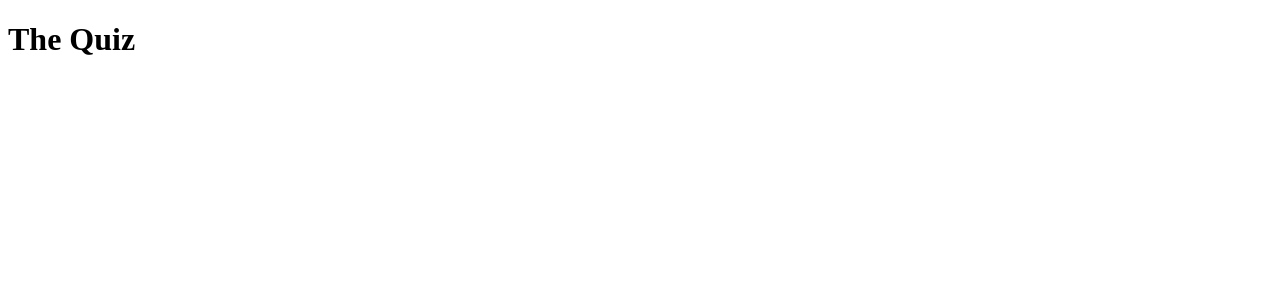
Repository: LindaOtt/1dv403-lo222hd-laborationer
Page: 4-thequiz/index.html
The author's editor kept a record of every edit. The page is drawn from the files as they stood at one moment, then again after the next edit.
The browser window is 1280 px wide. The pictures show the whole page.
The page's requests for data from a server got no answer.

Above is the page before.
Console error: TypeError: Cannot read properties of null (reading 'appendChild')

### 4-thequiz/index.html
<!DOCTYPE html>
<html lang="sv">
    <head>
        <meta charset="utf-8">
        <title>L04 The Quiz - Linda Ott Olander WP14</title>
        <script type="text/javascript" src="script/thequiz.js"></script>
        <link rel="stylesheet" type="text/css" href="css/style.css">
    </head>
    <body>
        <h1>The Quiz</h1>
            <div id="question"></div><br>
            <div id="questionForm"></div>
            <!--
            <form id="form" onsubmit="return false;">
                <label id="labelanswer" for="answer">Fråga:</label>
                <input id="answer" name="answer" type="text">

                <input id="submitButton" type="submit" value="Skicka svar">
            </form>
            -->
    </body>
</html>

### 4-thequiz/script/thequiz.js
"use strict";

/*
Applikationen ska vara en SPA - Single Page Application

Användaren ska svara på ett antal frågor. Svarar anv rätt
tas hon vidare till nästa fråga.
Svarar anv fel får hon reda på det och möjlighet att svara igen.

Frågorna som ska besvaras finns på en extern server och nås via
ett REST-api. Adress: http://vhost3.lnu.se:20080
Sökväg till första frågan: /question/1

Applikationen ska hålla reda på hur många felaktiga svar
man givit för varje fråga.

När samtliga frågor besvarats ska resultatet presenteras där
det framgår hur många försök man behövde för att klara varje fråga.

Vilka http-metoder behöver du använda för att kontakta API:et?
Hur ska svaren på frågorna skickas tillbaka?
Finns det någon dokumentation tillgänglig för API:et?

Hur får jag tag i frågan som användaren ska svara på?
Hur skickar jag tillbaka svaret på frågan till API:et?
I vilket format ska frågan skickas tillbaka?



*/


var TheQuiz = {

    //Variabel som håller info hämtat från servern
    response: [],

    responseId: 0,

    question: "Empty",

    nextURL: "",

    init: function() {

        //Hämtar frågan
        var url = "http://vhost3.lnu.se:20080/question/1";
        TheQuiz.getInfo(url, TheQuiz.saveResponse);

         //Hämtar värdet från response
        console.log("Length: " + TheQuiz.response.length);
        TheQuiz.response.forEach(function(item){
            console.log("Id: " + item.id);
            console.log("Question: " + item.question);
        });


        TheQuiz.writeQuestion;


        console.log("Init: TheQuiz.response[0]: " + TheQuiz.response);

        var nextURL;


        //Skriver ut formuläret
        //if (TheQuiz.writeForm()) {
            TheQuiz.writeForm();
            var submitButton = document.getElementById("submitbutton");
            submitButton.addEventListener("click", function(){
                //Skicka iväg informationen till servern
                TheQuiz.sendResponse();
            });
        //}
        //else {
            //alert("Det gick inte att skriva ut formuläret.");
        //}



    },

    saveResponse: function(data) {

            TheQuiz.response.push(data);
            alert(TheQuiz.response.length);
    },

    writeQuestion: function() {
        alert("TheQuiz length: " + TheQuiz.response.length);
        TheQuiz.response.forEach(function(item){
            var questionGet = item.question;
            alert("questionGet: " + questionGet);
            var questionText = document.getElementById("question");
            questionText.innerHTML = questionGet;
        });
    },


    //Funktion som hämtar info
    //url är dit requestobjektet ska skickas,
    //infotyp är den typ av info som efterfrågas
    getInfo: function(url, callback) {


        var xhr = new XMLHttpRequest(); //skapat requestobjekt

        var response;

		xhr.onreadystatechange = function(){

			if(xhr.readyState === 4 && xhr.status === 200) { //Allt ok med anropet och vi fick tillbaka statuskod 200
				var responseObject = JSON.parse(xhr.responseText);
				callback(responseObject);

				//Sparar response i egenskap på objektet
                TheQuiz.saveResponse(responseObject);

			}

            //alert("Response object:" + response);

		};

    	xhr.open("GET", url, true);

    	xhr.send(null);

        xhr.delete;
    },



    writeForm: function() {
        var form = document.createElement("form");
        form.id="questionform";
        var labelAnswer = document.createElement("label");
        labelAnswer.id = "labelanswer";
        var inputAnswer = document.createElement("input");
        inputAnswer.id = "answer";
        inputAnswer.type = "text";
        inputAnswer.name = "answer";
        var submitButton = document.createElement("input");
        submitButton.type = "submit";
        submitButton.id = "submitbutton";
        submitButton.value = "Skicka svar";

        form.appendChild(labelAnswer);
        form.appendChild(inputAnswer);
        form.appendChild(submitButton);

        var formDiv =  document.querySelector("#questionform");
        formDiv.appendChild(form);

    },

    sendResponse: function() {


        //var nextURL =  "http://vhost3.lnu.se:20080/answer/1/";

        TheQuiz.response.forEach(function(item){
            var response = item.response;
            var nextURL = item.nextURL;
        });

        document.getElementById("submitbutton").addEventListener("click", function(){
            //Hämtar värdet från input-fältet i formuläret
            //var answer = document.getElementById("answer");


            var answer = {
                "answer": 2
            };



            //Omvandla användarens svar till JSON-format
            answer = JSON.stringify(answer);

            console.log("answer: " + answer);


            //Skicka användarens svar i JSON-format till servern
            var xhr2 = new XMLHttpRequest(); //skapat requestobjekt

    		xhr2.onreadystatechange = function(){

    			if(xhr2.readyState === 4 && xhr2.status === 200) { //Allt ok med anropet och vi fick tillbaka statuskod 200
    				console.log("xhr2.responseText: " + xhr2.responseText);
    			}
    			else {
    			    console.log("xhr2.readyState: " + xhr2.readyState);
    			}

    		};

    		console.log("nextURL 2: " + nextURL);

    		xhr2.open('POST', nextURL, true);

    		xhr2.setRequestHeader('Content-Type', 'application/json'); //Talar om för webbservern att det är i JSON-formatet vi skickar.

    		xhr2.send(answer);

        });

    },


    /*
    function writeResponse(response) {
        console.log("Id: " + response.id);
        console.log("Question: " + response.question);
        console.log("nextURL: " + response.nextURL);

        var nextURL = response.nextURL;

        /* Skriver ut frågan
		var question = response.question;
		var questionText = document.getElementById("question");
        questionText.innerHTML = question;

        document.getElementById("submitButton").addEventListener("click", function(){
            //Hämtar värdet från input-fältet i formuläret
            var answer = document.getElementById("answer").value;

            //Omvandla användarens svar till JSON-format
            answer = JSON.stringify(answer);
            console.log("answer: " + answer);


            //Skicka användarens svar i JSON-format till servern
            var xhr2 = new XMLHttpRequest(); //skapat requestobjekt

    		xhr2.onreadystatechange = function(){

    			if(xhr2.readyState === 4 && xhr2.status === 200) { //Allt ok med anropet och vi fick tillbaka statuskod 200
    				console.log("xhr2.responseText: " + xhr2.responseText);
    			}
    			else {
    			    console.log("xhr2.readyState: " + xhr2.readyState);
    			}

    		};

    		console.log("nextURL 2: " + nextURL);

    		xhr2.open('POST', nextURL, true);

    		xhr2.setRequestHeader('Content-Type', 'application/json'); //Talar om för webbservern att det är i JSON-formatet vi skickar.

    		xhr2.send(answer);

        });

    }

    */

    /*
    document.getElementById("submitButton").addEventListener("click", function(){



        var xhr2 = new XMLHttpRequest(); //skapat requestobjekt

	    xhr2.onreadystatechange = function(){
                alert("Ready");
    			if(xhr2.readyState === 4 && xhr2.status === 200) { //Allt ok med anropet och vi fick tillbaka statuskod 200
    				var response = JSON.parse(xhr2.responseText);
    				var nextURL = response.nextURL;
    				alert(nextURL);
    				console.log("nextURL: " + nextURL);
    			}
    			else {
    			    alert("xhr2.readyState: " + xhr2.readyState);
    			    alert("xhr2.status: " + xhr2.status);
    			}

    	};



    	xhr2.open("GET", url, true);


    	xhr2.send(null);

    }); // Hämtat ut knappen och kopplat en event-hanterare på samma rad.
    */

    /*
    document.getElementById("submitButton").addEventListener("click", function(){

    	    //Hämtar användarens svar från formuläret
    	    var answer = document.getElementById("answer");

    	    //Omvandlar svaret till JSON-format
    	    var answerJSON = JSON.stringify(answer);


    		var xhr2 = new XMLHttpRequest(); //skapat requestobjekt

    		xhr2.onreadystatechange = function(){

    			//console.log("svar");

    			if(xhr2.readyState === 4 && xhr2.status === 200) { //Allt ok med anropet och vi fick tillbaka statuskod 200
    				console.log(xhr.responseText);
    				var nextURL = JSON.parse(xhr2.responseText);
    				alert("nextURL: " + nextURL);
    				//questionText.appendChild(question);
    			}

    		};

    		//console.log("nextURL: " + submitButton.nextURL);

    		xhr2.open('POST', nextURL, true); //POST skickar data till filen setProduct.php, gör det synkront = true

    		xhr2.setRequestHeader('Content-Type', 'application/json'); //Talar om för webbservern att det är i JSON-formatet vi skickar.

    		//xhr.send(answerJSON);

    }); // Hämtat ut knappen och kopplat en event-hanterare på samma rad.
    */

    submitData: function(nextURL) {
         //Hämtar användarens svar från formuläret
	    var answer = document.getElementById("answer");

	    //Omvandlar svaret till JSON-format
	    var answerJSON = JSON.stringify(answer);


		var xhr = new XMLHttpRequest(); //skapat requestobjekt

		xhr.onreadystatechange = function(){

			//console.log("svar");

			if(xhr.readyState === 4 && xhr.status === 200) { //Allt ok med anropet och vi fick tillbaka statuskod 200
				console.log(xhr.responseText);
				var nextURL = JSON.parse(xhr.responseText);
				alert("nextURL: " + nextURL);
				//questionText.appendChild(question);
			}

		};

		//console.log("nextURL: " + submitButton.nextURL);

		xhr.open('POST', nextURL, true); //POST skickar data till filen setProduct.php, gör det synkront = true

		xhr.setRequestHeader('Content-Type', 'application/json'); //Talar om för webbservern att det är i JSON-formatet vi skickar.

		xhr.send(answerJSON);
    }


};

window.onload = TheQuiz.init;

### 4-thequiz/css/style.css
label,
input {
    display: block;
}

#errormessage {
    color: red;
    display: inline-block;
}

After the next edit:
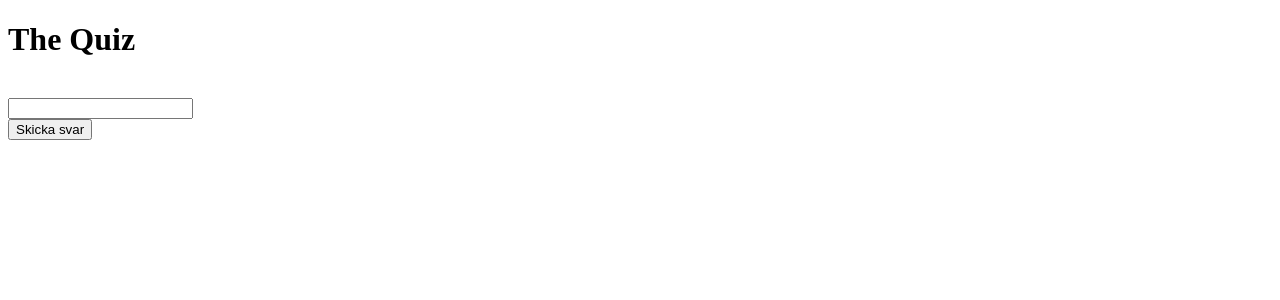
The error is gone.
The edit:
--- a/4-thequiz/index.html
+++ b/4-thequiz/index.html
@@ -9,7 +9,7 @@
     <body>
         <h1>The Quiz</h1>
             <div id="question"></div><br>
-            <div id="questionForm"></div>
+            <div id="questionform"></div>
             <!--
             <form id="form" onsubmit="return false;">
                 <label id="labelanswer" for="answer">Fråga:</label>
